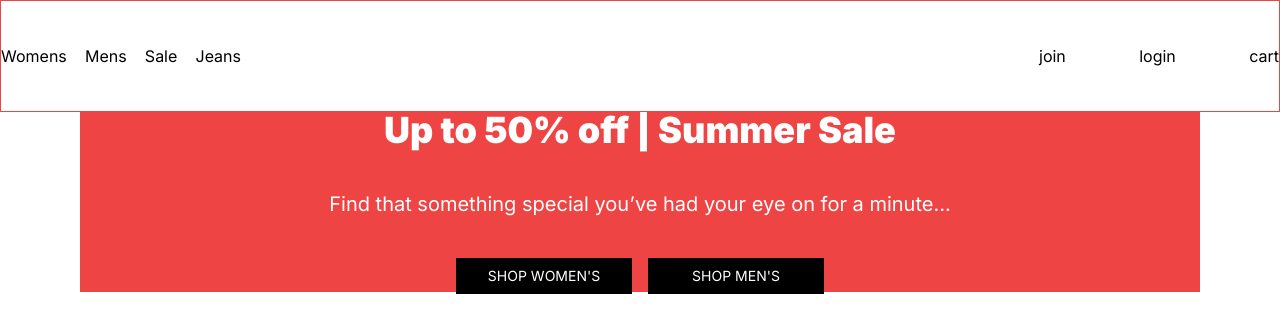
Repository: harrywebb21/stil-clothing
Page: /
The author's editor kept a copy of each file at every save. The page is drawn from the files as they stood at one save, then again after the next save.
The browser window is 1280 px wide. The pictures show the whole page.
The project was rebuilt for these pictures with package versions that can differ from the ones it lists, and the page was loaded fresh each time. The framework's server and built-in components were replaced by stand-ins that run in the browser. Also part of the build but not shown: next.config.js.

Above is the page before, as saved 2023-06-08 16:17:06.

### src/app/page.js
"use client";
import Image from "next/image";
import Navbar from "./components/Navbar";
import SaleBox from "./components/SaleBox";

export default function Home() {
  return (
    <div>
      <Navbar />
      <div className="flex justify-center items-center px-20">
        <SaleBox />
      </div>
    </div>
  );
}

### src/app/components/Navbar.js
export default function Navbar() {
  return (
    <div className=" border border-red-500 h-28 flex justify-between items-center sticky t-0 l-0 w-screen">
      <ul className=" flex justify-between w-60">
        <li>
          <a href="/womens">Womens</a>
        </li>
        <li>
          <a href="/mens">Mens</a>
        </li>
        <li>
          <a href="/sale">Sale</a>
        </li>
        <li>
          <a href="/jeans">Jeans</a>
        </li>
      </ul>

      <ul className="flex justify-between w-60">
        <li>
          <a href="/join">join</a>
        </li>
        <li>
          <a href="/login">login</a>
        </li>
        <li>
          <a href="/cart">cart</a>
        </li>
      </ul>
    </div>
  );
}

### src/app/components/SaleBox.js
export default function SaleBox() {
  return (
    <div className="flex flex-col justify-center items-center h-[180px] bg-red-500 text-white w-screen gap-10">
      <h1 className=" text-4xl font-black"> Up to 50% off | Summer Sale</h1>
      <p className=" text-xl">
        Find that something special you’ve had your eye on for a minute…
      </p>
      <div className="gap-4 flex">
        <button className="bg-black text-white px-4 py-2 text-center  w-44 text-sm">
          SHOP WOMEN'S
        </button>
        <button className="bg-black text-white px-4 py-2  text-center w-44 text-sm">
          SHOP MEN'S
        </button>
      </div>
    </div>
  );
}

Loaded but not shown: src/app/layout.js (common file); src/app/globals.css (common file); tailwind.config.js (common file)

After the next save:
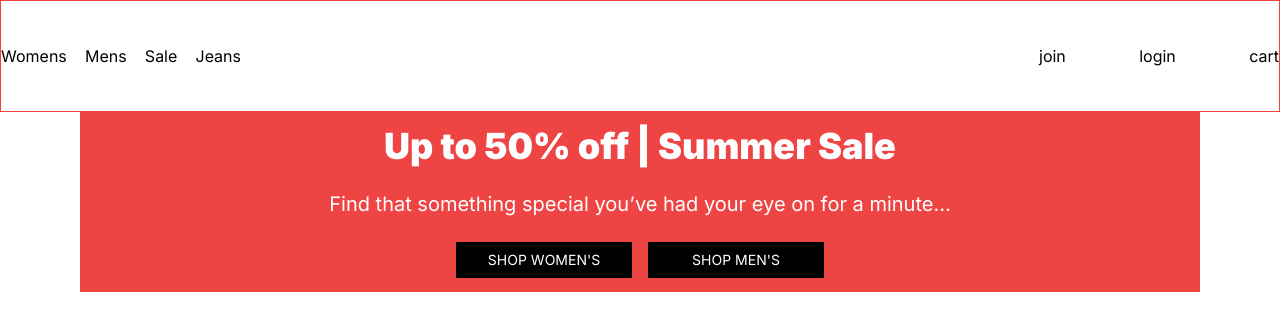
Saved 7 s later.
--- a/src/app/components/SaleBox.js
+++ b/src/app/components/SaleBox.js
@@ -1,6 +1,6 @@
 export default function SaleBox() {
   return (
-    <div className="flex flex-col justify-center items-center h-[180px] bg-red-500 text-white w-screen gap-10">
+    <div className="flex flex-col justify-center items-center h-[180px] bg-red-500 text-white w-screen gap-6">
       <h1 className=" text-4xl font-black"> Up to 50% off | Summer Sale</h1>
       <p className=" text-xl">
         Find that something special you’ve had your eye on for a minute…
